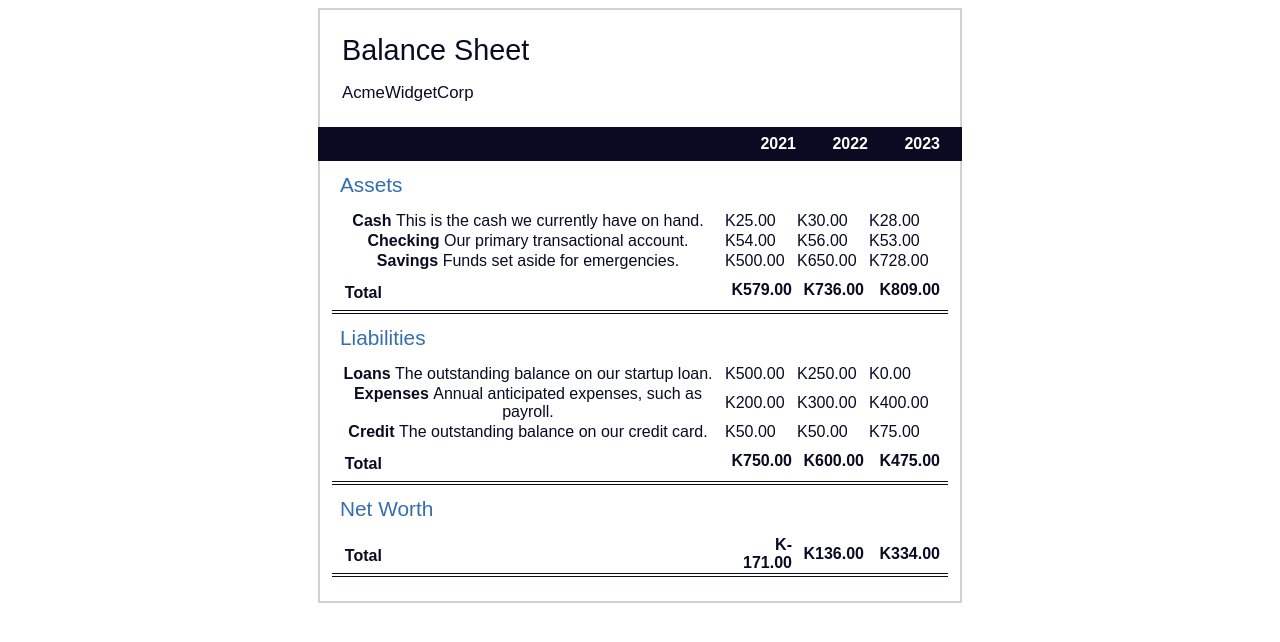
Repository: Lungdjos/balance_shee
Page: index.html
These files come from the project's save history. The page is drawn as it stood at one moment and after the next save; the edit follows.
The browser window is 1280 px wide. The pictures show the whole page.

Above is the page before, as saved 2023-11-04 23:22:50.

After the next save:
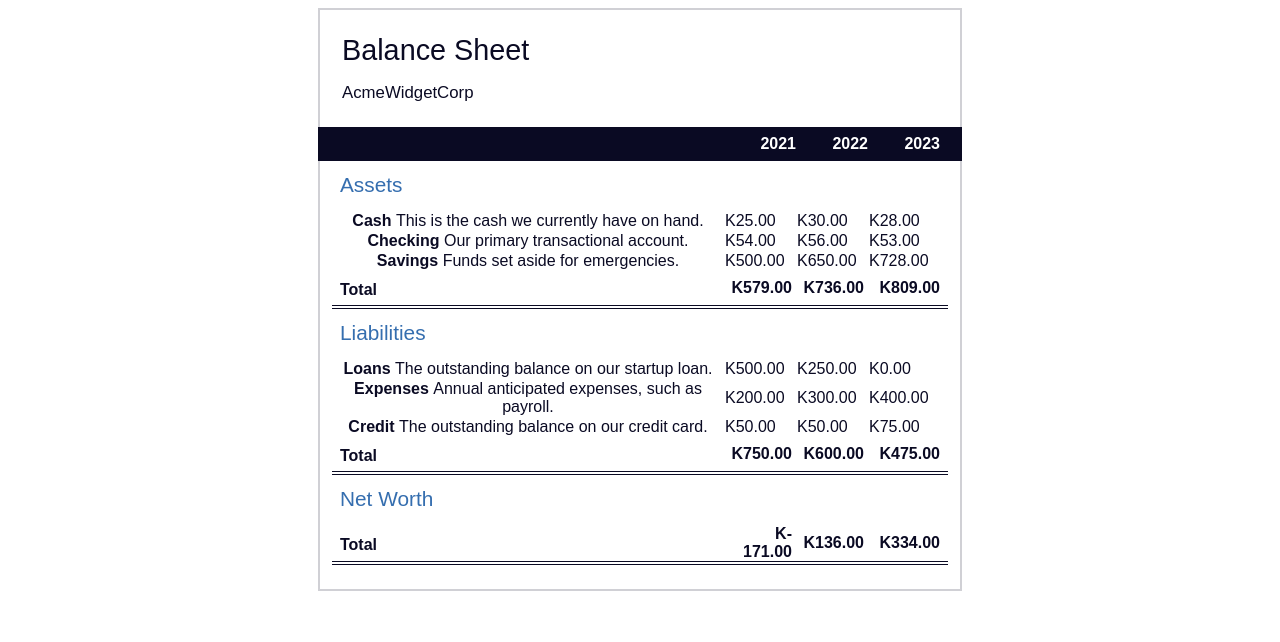
Saved 60 s later.
--- a/styles.css
+++ b/styles.css
@@ -110,7 +110,7 @@
 
     tr[class="total"] th {
         text-align: left;
-        padding: .8rem 0 .5rem .8rem
+        padding: .5rem 0 .25rem .5rem
     }
 
     tr.total td {
